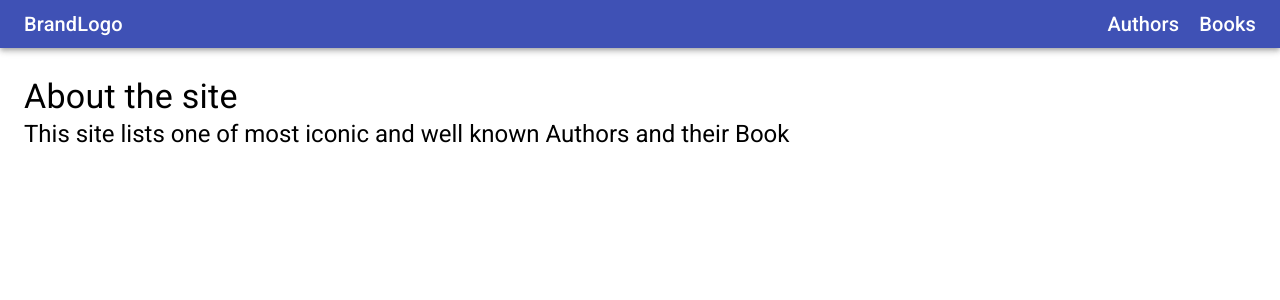
Repository: Sociophuck/00007494
Page: / (app in front/)
These files come from the project's save history. The page is drawn as it stood at one moment and after the next save; the edit follows.
The browser window is 1280 px wide. The pictures show the whole page.
The project was rebuilt for these pictures with package versions that can differ from the ones it lists, and the page was loaded fresh each time. Also part of the build but not shown: front/src/Author.js, front/src/Book.js, front/src/AuthorDetails.js.

Above is the page before, as saved 2021-04-04 15:38:42.

After the next save:
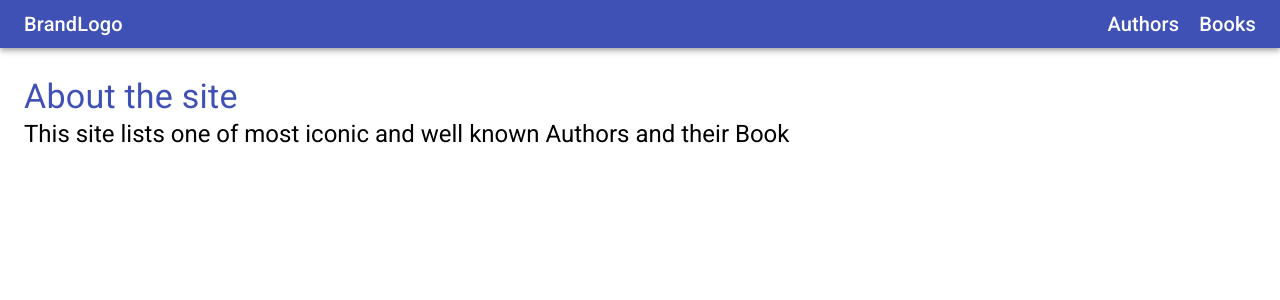
Saved 14 s later.
--- a/front/src/Home.js
+++ b/front/src/Home.js
@@ -3,7 +3,9 @@ import { Container, Typography } from "@material-ui/core";
 function Home() {
   return (
     <Container>
-      <Typography variant="h4">About the site</Typography>
+      <Typography variant="h4" color="primary">
+        About the site
+      </Typography>
       <Typography variant="h5">
         This site lists one of most iconic and well known Authors and their Book
       </Typography>
